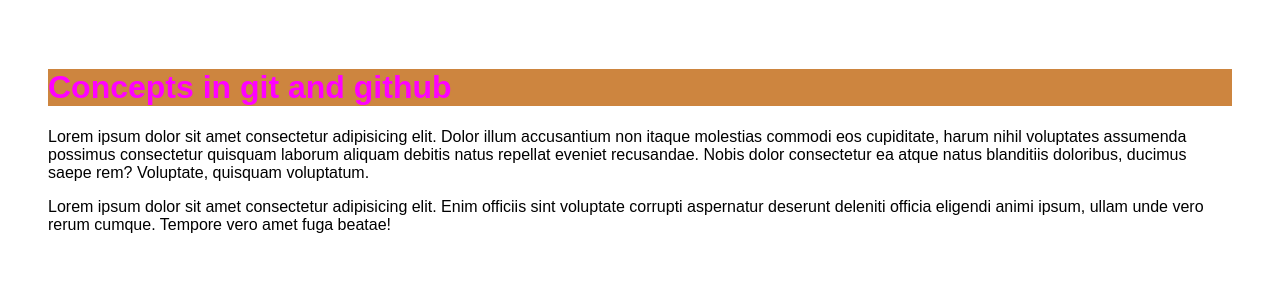
Repository: profbkmurage/gitConcepts
Page: index.html
The author's editor kept a copy of each file at every save. The page is drawn from the files as they stood at one save, then again after the next save.
The browser window is 1280 px wide. The pictures show the whole page.

Above is the page before, as saved 2024-04-03 17:35:26.

After the next save:
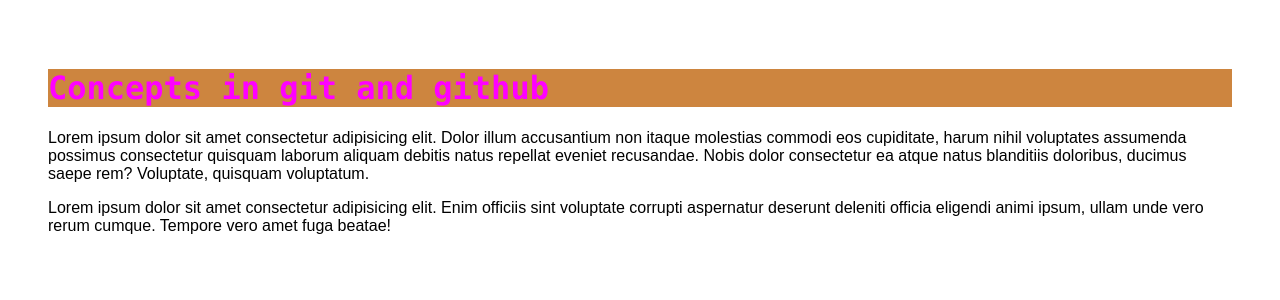
Saved 16 s later.
--- a/style.css
+++ b/style.css
@@ -7,4 +7,5 @@
 h1{
     color:magenta;
     background: peru;
+    font-family: consolas;
 }
